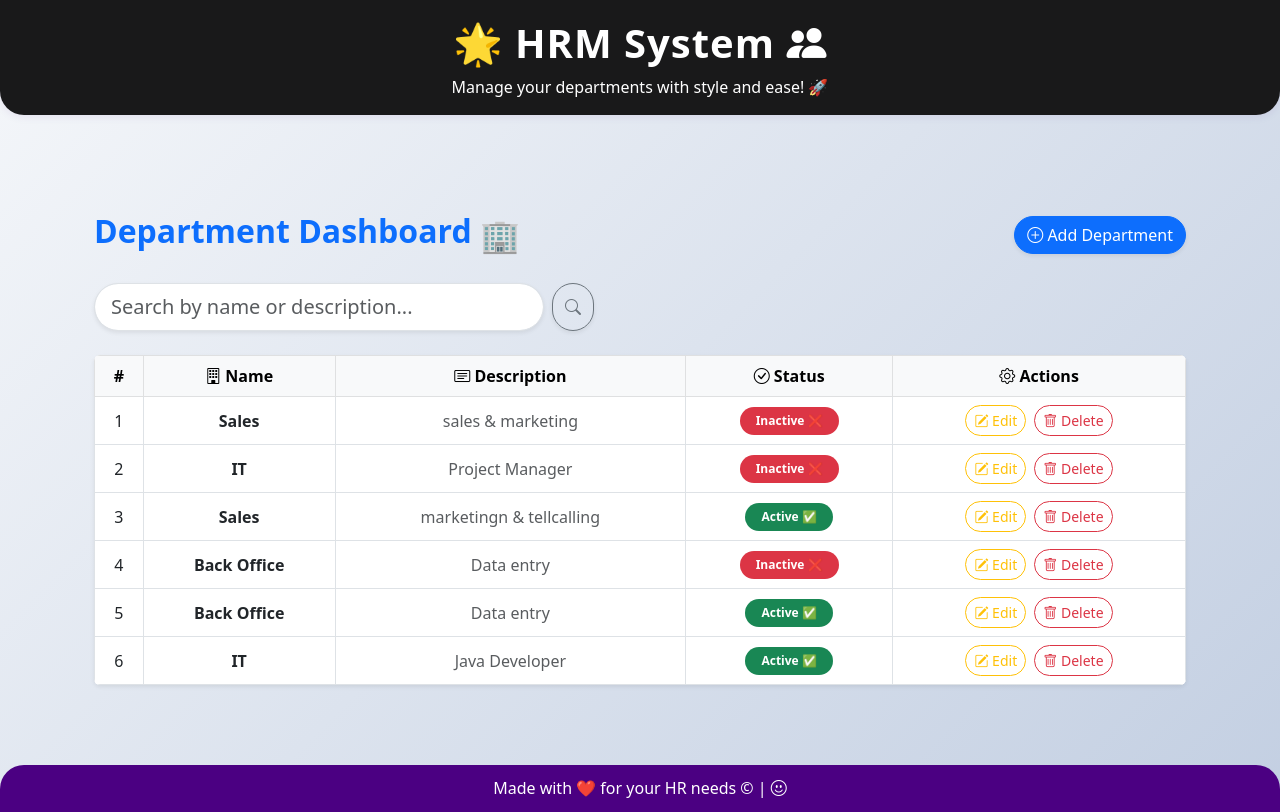
Repository: rtrupti09/HRMS
Page: http://localhost/departments/
The author's editor kept a copy of each file at every save. The page is drawn from the files as they stood at one save, then again after the next save.
The browser window is 1280 px wide. The pictures show the whole page.
The page is served by the project's application, run on Django 5.2 (hrm_system/manage.py). The first stored user is signed in. The page reads the database file committed with the project.

Above is the page before, as saved 2025-06-22 15:43:53.

After the next save:
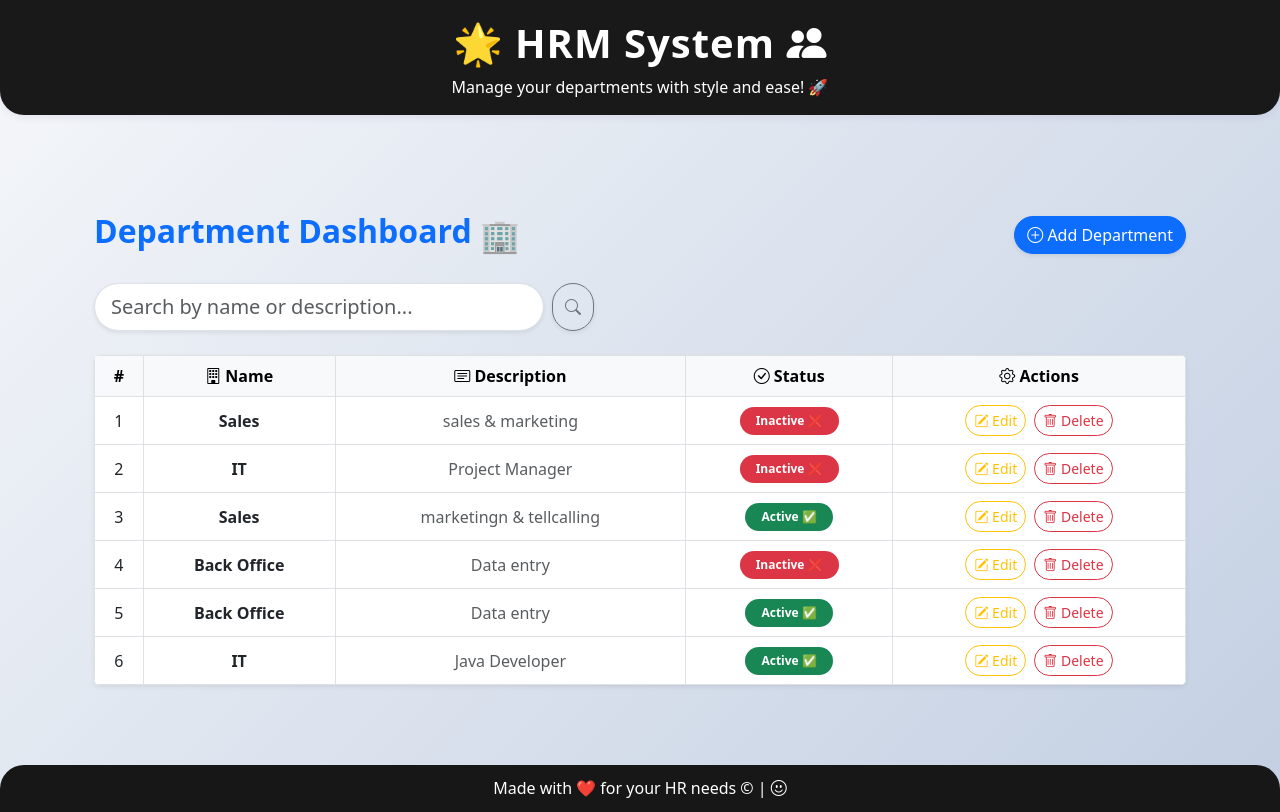
Saved 5 s later.
--- a/hrm_system/templates/base.html
+++ b/hrm_system/templates/base.html
@@ -21,7 +21,7 @@
             margin-bottom: 2rem;
         }
         .hrm-footer {
-            background: #4B0082;
+            background: #171717;
             color: #fff;
             text-align: center;
             padding: 0.7rem 0;
